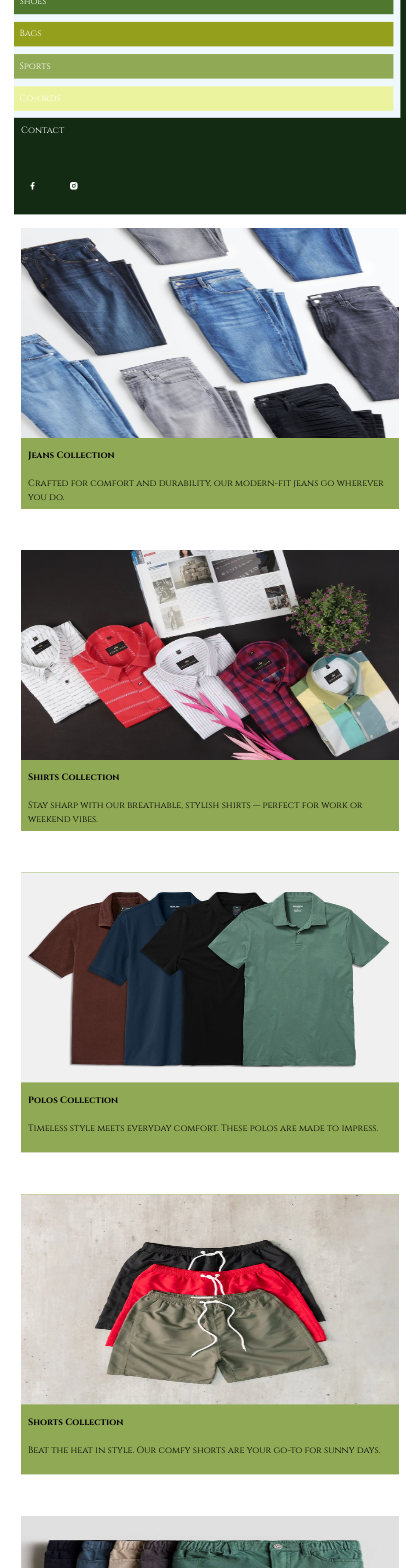
Repository: EguJaredoBoyd/Manson-Shop
Page: index.html
The author's editor kept a copy of each file at every save. The page is drawn from the files as they stood at one save, then again after the next save.
The browser window is 600 px wide. The pictures show the part of the page from y = 375 to 2615 px (the page is 6174 px tall before and 6154 px after), at 70% of full size.
The pointer rests on the first visible `.socials`.
Some web libraries are served in a nearby version.

Above is the page before, as saved 2025-04-27 22:23:03.

### index.html
<!DOCTYPE html>
<html lang="en">
<head>
    <meta charset="UTF-8">
    <meta name="viewport" content="width=device-width, initial-scale=1.0">
    <title>Manson | Shop</title>
    <link href="https://cdn.jsdelivr.net/npm/remixicon@4.5.0/fonts/remixicon.css" rel="stylesheet" />
    <link rel="preconnect" href="https://fonts.googleapis.com">
    <link rel="preconnect" href="https://fonts.gstatic.com" crossorigin>
    <link href="https://fonts.googleapis.com/css2?family=Cinzel:wght@400..900&display=swap" rel="stylesheet">
    <link rel="preconnect" href="https://fonts.googleapis.com">
    <link rel="preconnect" href="https://fonts.gstatic.com" crossorigin>
    <link href="https://fonts.googleapis.com/css2?family=Cinzel:wght@400..900&family=Cormorant+Garamond:ital,wght@0,300..700;1,300..700&display=swap" rel="stylesheet">
    <link rel="stylesheet" href="style.css">
    <link rel="stylesheet" href="tablet.css">
    <link rel="stylesheet" href="mobile.css">
    <script src="script.js" defer></script>
</head>
<body>

    <header>
        <div class="h-container">
            <h1 class="header1">DE JOE'S EMPIRE</h1>

            <ul class="nav1">
                <li>
                    <a href="shirts.html">Next</a>
                </li>
                <button id="hamburger-menu" aria-label="open navigation menu">
                    <i class="ri-menu-fill"></i>
                </button>
            </ul>
        </div>


        <nav id="nav-links" class="show">

            <ul>
                <h3 class="products">Products:</h3>
                <li class="first">
                    <a href="shirts.html">Shirts</a>
                </li>
                <li class="second">
                    <a href="polos.html">Polos</a>
                </li>
                <li class="third">
                    <a href="jeans.html">Jeans</a>
                </li>
                <li class="fourth">
                    <a href="shorts.html">Shorts</a>
                </li>
                <li class="fifth">
                    <a href="trousers.html">Trousers</a>
                </li>
                <li class="sixth">
                    <a href="shoes.html">Shoes</a>
                </li>
                <li class="seventh">
                    <a href="bags.html">Bags</a>
                </li>
                <li class="eighth">
                    <a href="sports.html">Sports</a>
                </li>
                <li class="ninth">
                    <a href="co-ords.html">Co-ords</a>
                </li>
            </ul>

        </nav>

        <hr>

    </header>



    <menu>
        <img src="./images/ChatGPT Image Apr 27, 2025, 02_15_14 PM.png" alt="Manson Joseph">
        <h2>Manson</h2>
        <ul>
            <li><a href="#story">History</a></li>
            <li><a href="#about">About</a></li>
            <li><a href="#contact-h2">Contact</a></li>
        </ul>
        <div class="socials">
            <a href="https://www.facebook.com/share/164XzvxUdb/"><i class="ri-facebook-fill"></i></a>
            <a href="https://www.instagram.com/joeselfy?igsh=cjF5MmF5czllY3p5"><i class="ri-instagram-fill"></i></a>
        </div>


    </menu>

    <main>
        <a href="jeans.html">
            <section class="jeans">
                <img src="./images/jeans.jpeg" alt="Jeans">
                <h3>Jeans Collection</h3>
                <p>Crafted for comfort and durability, our modern-fit jeans go wherever you do.</p>
            </section>
        </a>


        <a href="shirts.html">
            <section class="shirts">
                <img src="./images/shirts.webp" alt="Shirts">
                <h3>Shirts Collection</h3>
                <p>Stay sharp with our breathable, stylish shirts — perfect for work or weekend vibes.</p>
            </section>
        </a>

        <a href="polos.html">
            <section class="polos">
                <img src="./images/polos.jpg" alt="Polos">
                <h3>Polos Collection</h3>
                <p>Timeless style meets everyday comfort. These polos are made to impress.</p>
            </section>
        </a>

        <a href="shorts.html">
            <section class="shorts">
                <img src="./images/shorts.webp" alt="Shorts" width="350" height="350">
                <h3>Shorts Collection</h3>
                <p>Beat the heat in style. Our comfy shorts are your go-to for sunny days.</p>
            </section>
        </a>

        <a href="trousers.html">
            <section class="trousers">
                <img src="./images/trousers.jpg" alt="Trousers" width="350" height="350">
                <h3>Trousers Collection</h3>
                <p>Look sharp and feel confident — ideal for office wear or special occasions.</p>
            </section>
        </a>

        <a href="shoes.html">
            <section class="slippers">
                <img src="./images/slippers.jpg" alt="slippers">
                <h3>Slippers Collection</h3>
                <p>Slide into all-day ease with lightweight slippers built for comfort and convenience.</p>
            </section>
        </a>

        <a href="sports.html">
            <section class="sports">
                <img src="./images/sports/photo_3_2025-04-22_15-19-01.jpg" alt="sports cloth">
                <h3>Sports-wear Collection</h3>
                <p>Built for performance, designed for style. From workouts to weekend wear, our sportswear keeps you moving in
                    comfort and
                    confidence.</p>
            </section>
        </a>

        <a href="bags.html">
            <section class="bags">
                <img src="./images/bags/photo_3_2025-04-22_18-10-07.jpg" alt="bags">
                <h3>Bags Collection</h3>
                <p>Stylish, functional, and ready for every moment. From everyday totes to compact crossbodies and travel bags, our
                    collection has the perfect carry for any occasion.</p>
            </section>
        </a>

        <a href="co-ords.html">
            <section class="matching-ensemble">
                <img src="./images/matching-ensemble/photo_1_2025-04-22_18-05-29.jpg" alt="matching-ensemble">
                <h3>Matching Ensemble</h3>
                <p>Effortless style, perfectly paired. Our matching sets are designed for comfort, coordination, and standout looks
                    —
                    wherever the day takes you.</p>
            </section>
        </a>

    </main>

    <footer>
        <h2 class="story" id="story">Our Story</h2>
        <div>
            <p>Founded with a passion for style and self-expression, De Joe's Empire began as a small boutique with a big dream — to
            bring bold, beautiful fashion to everyday wardrobes. From humble beginnings, we’ve grown into a go-to destination for
            trendsetters and fashion lovers who crave something fresh, unique, and unapologetically them.

            Inspired by the vibrant energy of street style and the elegance of timeless classics, our collections blend modern flair
            with quality craftsmanship. Every piece tells a story — of confidence, creativity, and individuality.

            Whether you're dressing up, dressing down, or somewhere in between, we're here to help you do it with style.</p>
        </div>
        <h2 class="about" id="about">About Us</h2>
        <div>
            <p>At De Joe's Empire, fashion knows no limits. We create and curate a wide variety of styles for men, women, and kids —
            from everyday casual to elegant formal, bold streetwear to timeless traditionals. Whether you're dressing for a special
            occasion or just expressing your everyday vibe, we've got something for you.

            Every piece in our collection is chosen with care, crafted to bring comfort, confidence, and creativity into your
            wardrobe. We believe fashion should be inclusive, expressive, and always evolving — just like you.

            Step into our world of style, where everyone is welcome and every look tells a story.</p>
        </div>
        <h2 class="contact-h2" id="contact-h2">Contact Us</h2>
        <div class="contact2">
            <div class="whatsapp">
                <a href="https://wa.me/+2349063362483">
                    <img src="./images/whatsappIcon3.svg" alt="My Whatsapp Line">
                    <p>WhatsApp</p>
                </a>

            </div>
            <div class="location">
                <a href="https://maps.app.goo.gl/wZu87f6q68iAi74c8">
                    <img src="./images/211854_location_icon.png" alt="My Location">
                    <p>Aba, Abia State</p>
                </a>

            </div>
            <div class="phone-line">
                <a href="tell:+2348061718282">
                    <img src="./images/352510_local_phone_icon.svg" alt="My Phone Line">
                    <p>+2348061718282</p>
                </a>

            </div>
        </div>
        <hr>
        <form action="https://formspree.io/f/xdkgovbw" method="post" target="_blank">
            <label for="name">Name</label>
            <input type="text" id="name">
            <label for="number">Number</label>
            <input type="number" id="number">
            <label for="message">Message</label>
            <textarea name="text" id="message" placeholder="Write Your Message..."></textarea>
            <button type="submit" id="button">
                <i class="ri-send-plane-line"></i>
                Send Message
            </button>
        </form>
        <p class="last">We are the best in this clothing business.</p>
    </footer>


</body>
</html>

### style.css
*{
    margin: 0;
    font-family: "Cinzel", "serif";
    line-height: 1.5rem;
    font-size: small;


}
html{
    scroll-behavior: smooth;

}
:root{
    --primary-color:#132A13;
    --secondary-color:#31572C;
    --background-color:#4F772D;
    --section-color:#90A955;
    --other-color:#ECF39E;
    --all-color: rgb(255, 255, 255);

}

body{
    display: grid;
    grid-template-areas:
    "menu header header header"
    "menu main main main"
    "menu main main main"
    "menu footer footer footer";



}
header{
    grid-area: header;
    background-color: var(--all-color);
    color: black;
    padding-left: 100px;
    margin-left: 150px;

}
#hamburger-menu{
    display: none;
}
#nav-links{
    display: flex;
    max-width: 92%;
}
.h-container {
    display: flex;
    gap: 2rem;
}
.nav1{
    display: flex;
    gap: 2rem;
    justify-content: flex-end;
    margin-left: auto;
    padding-top: 0;
}
.nav1 a{
    color: #949f1c;
    transition: all 0.5s ease-in-out;
}
.nav1 a:hover{
    color: white;
    background-color: #023102;
    padding: 0.5rem;
}
.first{
    background-color: var(--secondary-color);
}
.second{
    background-color: var(--background-color);
}
.third{
    background-color: var(--section-color);
}
.fourth{
    background-color: var(--other-color);
}
.first, .second, .third, .fourth, .fifth, .sixth, .seventh,
.eighth, .ninth{
    padding-top: 0.6rem;
    padding-bottom: 0.6rem;
}
.fifth{
    background-color: #7b8141;
}
.sixth{
    background-color: #4F772D;
}
.seventh{
    background-color: #949f1c;
}
.eighth{
    background-color: #90A955;
}
.ninth{
    background-color: #ECF39E;
}
.tenth{
    background-color: #023102;
}
.eleventh{
    background-color: #949f1c;
}
.twelfth{
    background-color:#023102;
}
.twelfth2{
    background-color: #023102;
    margin-left: auto;
}
header h1{
    color: #949f1c;
}
header nav ul{
    display: flex;
    justify-content: flex-start;
    gap: 20px;
    padding-left: 0;
    padding-top: 50px;
    color: black;
}
header nav ul li a{
    color: white;
    font-size: 1rem;
    padding: 0.6rem;
    transition: all 0.5s ease-in-out;
    font-size: 1rem;
}
header nav ul li a:hover{
    background-color: #132A13;
    padding-top: 1rem;
    padding-bottom: 1rem;
    cursor: pointer;
    position: relative;

}
.tenth{
    margin-left: auto;
}
.products{
    font-size: 1rem;
}
header hr{
    background-color: rgba(202, 222, 202, 0.5);
    height: 5px;
}
a{
    color: black;
    text-decoration: none;

}
ul li{
    list-style-type: none;
    color: white;

}

menu{
    grid-area: menu;
    background-color: var(--primary-color);
    padding-left: 0;
    position: fixed;
    height: 100%;
    margin-right: 10px;
}
menu img{
    width: 150px;
    height: 150px;
    border-radius: 50%;
    margin: 50px;
}
menu h2{
    background: linear-gradient(to right, white, rgb(17, 32, 17));
    margin-bottom: 50px;
}
menu ul{
    display: flex;
    flex-direction: column;
    gap: 20px;
    padding-top: 10px;
    padding-left: 0;
    margin-bottom: 20px;

}
menu ul li a{
    display: block;
}
.socials{
    display: flex;
    gap: 2rem;
    transition: all 0.7s ease-in-out;

}
.socials :hover{
    background-color: #90A955;
    cursor: pointer;
    padding: 0.2rem;
    border-radius: 50%;

}
menu ul li:hover{
    background-color: #90A955;
    cursor: pointer;

}
menu a{
    color: white;
}

main{
    grid-area: main;
    display: grid;
    grid-template-areas:
    "jeans shirts polos"
    "shorts trousers slipppers"
    "sports bags matching-ensemble";
    margin-left: 250px;
    background-color: var(--all-color);
    gap: 20px;

}
section{
    background-color: var(--section-color);
    border: black;
    margin-top: 20px;
    height: 500px;
    overflow-y: auto;

}
section img{
    width: 100%;
    height: 300px;
    transition: all ease-in-out;
}
section img:hover{
    opacity: 0.7;
}
section p{
    margin-left: 0;
}
footer{
    grid-area: footer;
    background-color:var(--all-color);
    margin-left: 150px;

}
footer div{
    display: flex;
}
footer div img{
    width: 50px;
    height: 50px;

}
footer form{
    display: flex;
    flex-direction: column;

}
footer form input, textarea{
    max-width: 80%;
}
footer form button{
    max-width: 10%;
}
footer input,textarea, button{
    height: 50px;
    margin-left: 150px;
}
form button img{
    width: 1rem;
    height: 1.25rem;
}
footer button{
    margin-top: 1.25rem;
    display: flex;
    flex-direction: column;
    background-color:#31572C;
    color: white;


}
footer button img{
    align-self: center;
    padding: 5px;
}
footer form label{
    margin-left: 150px;
}
footer h2, div div img, p{
    margin-left: 150px;
}
.story, .about, .contact-h2{
    margin-top: 3rem;
    margin-bottom: 1rem;

}
#name, #number, #message{
    padding-left: 10px;
}
#button{
    font-size: small;
    align-items: center;
}

.whatsapp , .location , .phone-line  {
    flex-direction: column;
    color: var(--all-color);
    align-items: center;
    justify-content: center;
    padding-right: 105px;
    margin-bottom: 50px;
    margin-top: 20px;
}
.whatsapp p, .location p, .phone-line p{
    color: var(--all-color);
}

.whatsapp{
    background-color: #132A13;
    padding-left: 0;
    margin-left: 150px;
}
.whatsapp:hover{
    background-color:#7b8141;
}

.location{
    background-color: var(--secondary-color);

}
.location:hover{
    background-color:#7b8141;
}
.phone-line{
    background-color: var(--background-color);
}
.phone-line:hover{
    background-color:#7b8141;
}
.last{
    margin-top: 20px;
    text-align: center;
}
footer hr{
    background-color: rgba(202, 222, 202, 0.5);
    height: 5px;
    margin-bottom: 20px;
}

### mobile.css
@media screen and (max-width: 767px){
    *{
        font-size: small;
    }
    html{
        margin: 20px;
    }
    menu{
        position: relative;
        margin-right: 0;
        margin-top: 10px
    }
    menu h2, ul, a{
        padding: 10px;
    }
    .socials:hover{
        padding: 10px;
        border-radius: none;
    }
    body{
        grid-template-areas:
        "header"
        "menu"
        "main"
        "footer";

    }
    header{
        margin-left: 0;
        padding-left: 0;
    }
    header nav ul{
        display: flex;
        flex-direction: column;
        gap: 11px;
        height: auto;

    }
    #hamburger-menu{
        display: contents;
        background: none;
        border: none;
        top: 0;
    }
    #hamburger-menu i {
        color: var(#949f1c);

    }
    #nav-links{
        display: none;
        position: absolute;
        background-color: aliceblue;
        margin-top: 0;
        width: 100%;
        z-index: 1000;


    }
    #nav-links.show{
        display:block;
    }
    menu img{
        margin-left: 30%;
    }

    main{
        grid-template-areas:
        "jeans"
        "shirts"
        "polos"
        "shorts"
        "trousers"
        "slippers"
        "sports"
        "bags"
        "matching-ensemble";
        margin-left: 0;
    }
    section{
        width: 100%;
        height: 400px;
    }
    section img{
        width: 100%;
    }
    section h3, p{
        padding: 10px;
    }
    footer{
        margin-left: 0;
    }
    .story, .about, .contact-h2{
        padding: 10px;
    }
    .contact2{
        flex-direction: column;
    }
    .whatsapp, .location, .phone-line{
        padding: 10px;
        margin-top: 0;
        margin-bottom: 0;

    }
    .whatsapp img, .location img, .phone-line img{
        justify-self: center;
    }
    .contact2{
        justify-content: center;
    }
    footer, input, textarea, button{
        margin-left: 0;
    }
    footer h2, div div img,p{
        margin-left: 0;
        display: flex;
        flex-wrap: wrap;
    }
    footer div img{
        height: 20px;
        width: 20px;
    }
    footer form label{
        margin-left: 35px;
    }
    footer form button{
        display: flex;
        max-width: 50%;

    }

    #name, #number, #message, #button{
        margin-left: 35px;
    }
    #button{
        padding: 10px;
        gap: 10px;
        flex-direction: row;
        padding-bottom: 0;
    }
    #button img{
        width: 20px;
        height: 20px;
    }
    .whatsapp{
        margin-left: 0;
    }
    .last{
        justify-self: center;
    }

}

### script.js
document.getElementById("hamburger-menu").addEventListener(
    "click", () => {
        document.getElementById("nav-links").classList.toggle("show");
    }
);

Loaded but not shown: tablet.css (no copy from this time; the picture is the same without it)

After the next save:
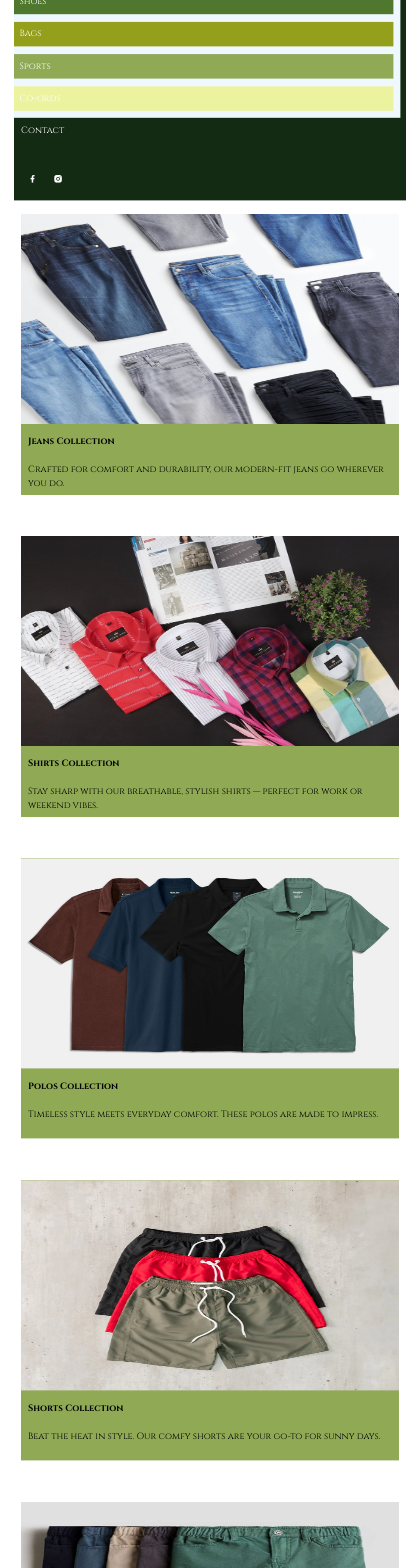
Saved 20 s later.
--- a/mobile.css
+++ b/mobile.css
@@ -15,7 +15,7 @@
     }
     .socials:hover{
         padding: 10px;
-        border-radius: none;
+        display: block;
     }
     body{
         grid-template-areas:
